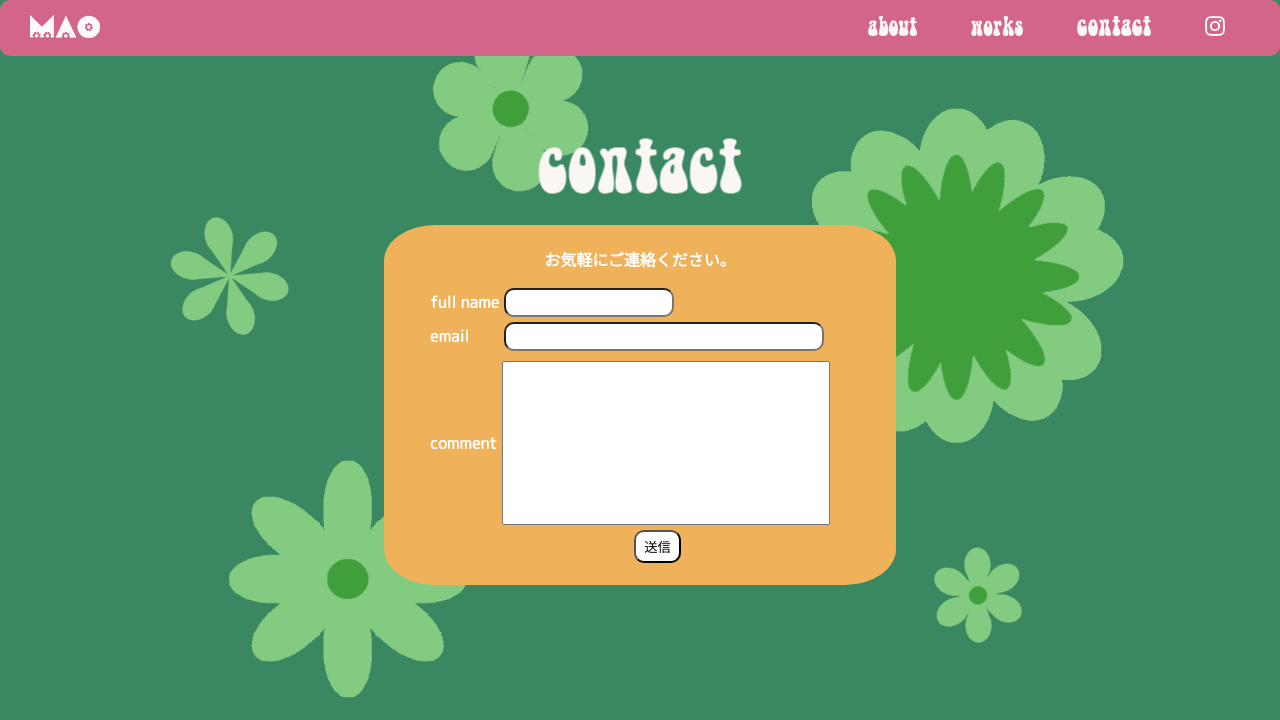
Repository: HarashimaMao/portfolio
Page: contact.html
The author's editor kept a record of every edit. The page is drawn from the files as they stood at one moment, then again after the next edit.
The browser window is 1280 px wide. The pictures show the whole page.

Above is the page before.

### contact.html
<!DOCTYPE html>
<html lang ="ja">
    <head>
        <meta charset="utf-8">
        <title>HarashimaMao</title>
        <style>
          body {
              margin: 0;
              background-image: url(images/my_home_page4.jpg);
              background-size: cover;
          }

          .header {
              width: 100%;
              display: flex;
              background-color: #D3648A;
              justify-content: space-between;
              border-radius: 10px;
          }

          .header-logo {
              margin-top: 15px;
              margin-left: 30px;
          }

          ul {
              list-style: none;
              margin-right: 5px;

          }

          li {
              display: inline-block;
              margin-right: 50px;
          }

          .main {
              color: #FFF;
              font-family: "M PLUS Rounded 1c";
              text-align: center;
          }

          .main img {
              position: absolute;
              top: 23%;
              margin-right: -50%;
              transform: translate(-50%,-50%)

          }

          .container {
              font-weight: 700;
              margin: 0;
              position: absolute;
              top: 50%;
              left: 50%;
              margin-right: -50%;
              transform: translate(-50%,-50%)
          }

          .square {
              margin-top: 90px;
              position: relative;
              width: 500px;
              padding: 6px;
              background: #F0B15B;
              border-radius: 10%;
          }

          form li {
              display: flex;
              align-items: center;
              lfex-derectiom: column;
          }


          .username {
              border-radius: 10px;
              padding: 5px 8px;
          }

          input.username {
              width: 150px;
              margin-left: 5px;

          }

          .email {
              border-radius: 10px;
              padding: 5px 8px;
              margin: 5px;
          }

          input.email {
              width: 300px;
              margin-left: 35px;
          }

          .comment {
              outline:
              border-radius: 10px;
              padding: 5px 8px;
              margin: 5px;
          }

          input.comment {
              width: 400px;
              height: 150px;
              margin: 5px;
          }

          .btn {
              border-radius: 10px;
              padding: 5px 8px;
              background-color: #FFF;
          }

        </style>
        <link href="https://fonts.googleapis.com/css?family=M+PLUS+Rounded+1c" rel="stylesheet">
    </head>

    <body>
        <div class="header">
            <div class="header-logo">
                <a href="top.html"><img src="images/MAOlogo.png" width="70px"></a>
            </div>
            <div class="header-list">
                <ul>
                    <li><a href="about.html"><img src="images/about.png" alt="about" height="20px"></a></li>
                    <li><a href="works.html"><img src="images/works.png" alt="works" height="20px"></a></li>
                    <li><a href="contact.html"><img src="images/contact.png" alt="contact" height="20px"></a></li>
                    <li><a href="https://www.instagram.com/mao_yz/?hl=en"><img src="images/insta.png" alt="insta" height="20px"></a></li>
                </ul>
            </div>
        </div>

        <div class="main">
            <img src="images/contact.png" alt="contact">

            <div class="container">
            <div class="square">
                <p>お気軽にご連絡ください。</p>
                <form>
                    <ul>
                        <li>full name<input type="text" class="username"/></li>
                        <li>email<input type="text" class="email" /></li>
                        <li>comment<input type="text" class="comment" /></li>
                    <input type="button" value="送信" class="btn"/>
                    </ul>
                </form>
            </div>
            </div>
        </div>

        <script src="jquery-3.6.0.min.js"></script>
        <script>
             $(function(){
                $('.header').hover(
                    function(){
                        $(this).animate({
                            'font-size':'20px'
                        });
                    },
                    function(){
                        $(this).animate({
                            'font-size':'16px'
                        });
                    });
            });
        </script>
    </body>
</html>

Loaded but not shown: jquery-3.6.0.min.js (library)

After the next edit:
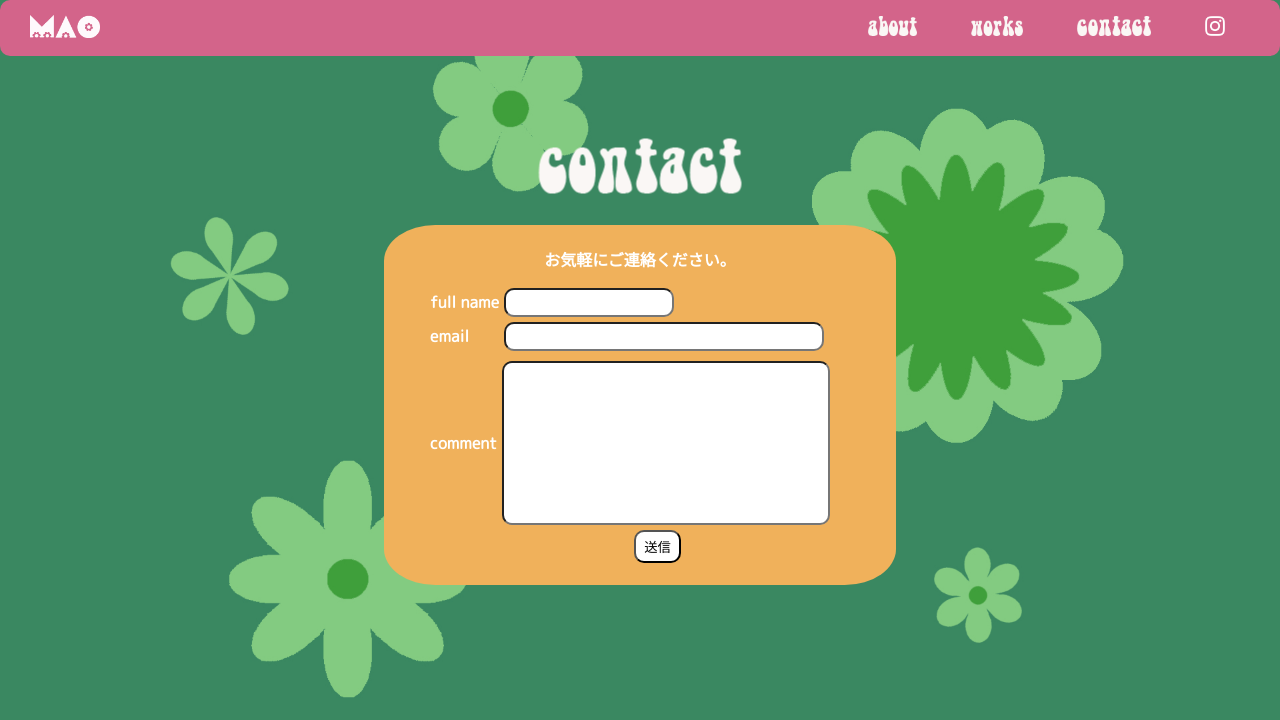
The edit:
--- a/contact.html
+++ b/contact.html
@@ -97,7 +97,7 @@
           }
 
           .comment {
-              outline:
+              outline-color: #FFF;
               border-radius: 10px;
               padding: 5px 8px;
               margin: 5px;
